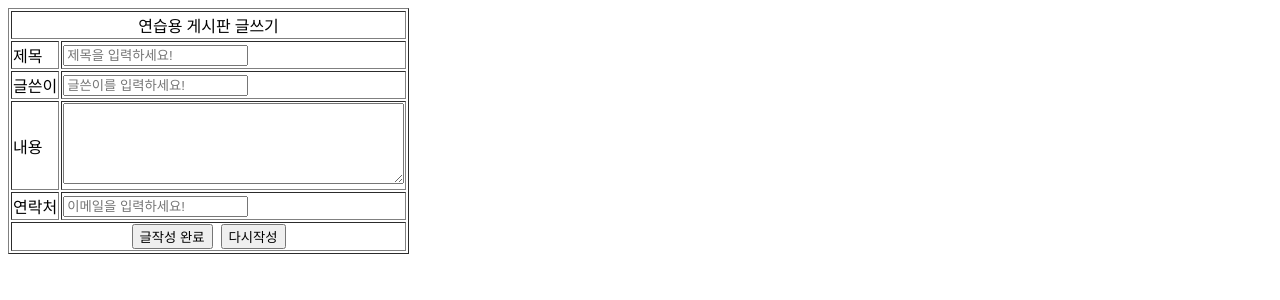
Repository: k0603156/JAVA
Page: http://localhost/StartBoard/detail.jsp
The author's editor kept a copy of each file at every save. The page is drawn from the files as they stood at one save, then again after the next save.
The browser window is 1280 px wide. The pictures show the whole page.
The page is served by Tomcat 9.

Above is the page before, as saved 2020-03-11 06:14:15.

After the next save:
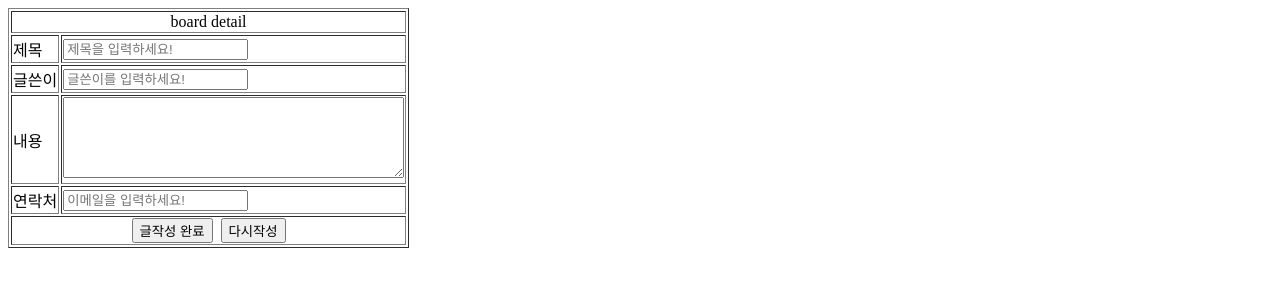
Saved 16 s later.
--- a/SERVLET/workspace/StartBoard/WebContent/detail.jsp
+++ b/SERVLET/workspace/StartBoard/WebContent/detail.jsp
@@ -9,7 +9,7 @@
 <body>
 <table border="1">
 		<tr>
-		<td colspan="2" style="text-align: center;">연습용 게시판 글쓰기</td>
+		<td colspan="2" style="text-align: center;">board detail</td>
 		</tr>
 		<tr>
 			<td>제목</td>
